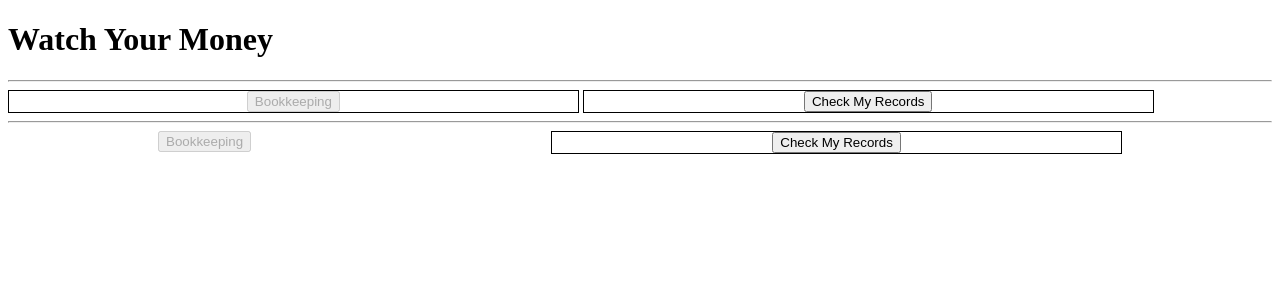
Repository: chelsea9869/Hackathon-TNT
Page: http://localhost/app/watch_your_money.php
An editor plug-in stored every save of this project. The page is shown before and after the next save, followed by the edit.
The browser window is 1280 px wide. The pictures show the whole page.
The page is run by PHP 8.4 with error messages shown; the project is at /var/www/html/.

Above is the page before, as saved 2020-09-05 10:59:56.

### app/watch_your_money.php
<!DOCTYPE html>
<html lang="en">
<head>
    <meta charset="UTF-8">
    <meta name="viewport" content="width=device-width, initial-scale=1.0">
    <title>Watch Your Money</title>
</head>
<body>
    <h1>Watch Your Money</h1>
    <hr>
    <div name='function' style="width:100%">
        <div id='bookkeeping' style="width:45%;text-align:center;display:inline-table;border:1px solid">
            <button disabled="disabled">Bookkeeping</button>
        </div>
        <div id='check_records' style="width:45%;display:inline-table;text-align:center;border:1px solid">
            <button>Check My Records</button>
        </div>
    </div>

    <hr>
    <div name='function' style='display: flex;justify-content: space-around;'>
        <div id='bookkeeping'>
            <button disabled="disabled">Bookkeeping</button>
        </div>
        <div id='check_records' style="width:45%;display:inline-table;text-align:center;border:1px solid">
            <button>Check My Records</button>
        </div>
    </div>
</body>
</html>

After the next save:
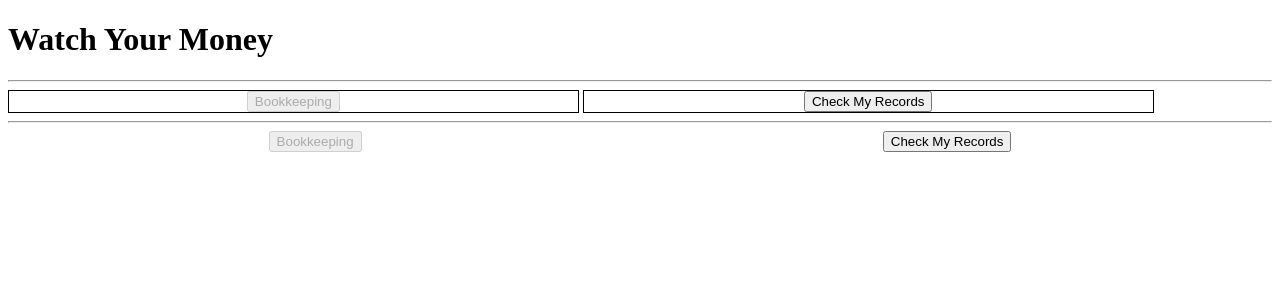
Saved 4 s later.
--- a/app/watch_your_money.php
+++ b/app/watch_your_money.php
@@ -22,7 +22,7 @@
         <div id='bookkeeping'>
             <button disabled="disabled">Bookkeeping</button>
         </div>
-        <div id='check_records' style="width:45%;display:inline-table;text-align:center;border:1px solid">
+        <div id='check_records'>
             <button>Check My Records</button>
         </div>
     </div>
